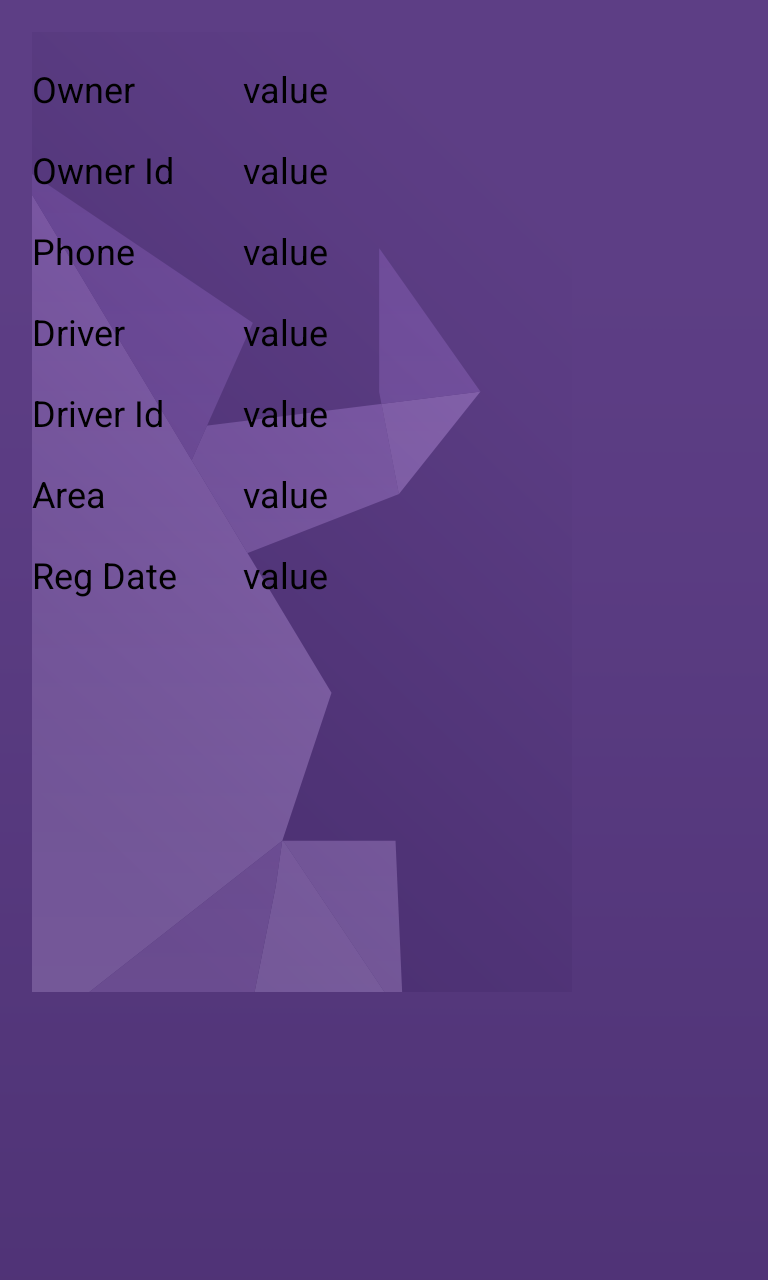
Repository: walteranyika/personal
Layout: PikiPiki/res/layout/activity_details.xml
The author's editor kept a copy of each file at every save. The layout is drawn from the files as they stood at one save, then again after the next save.
It is drawn on a 768 x 1280 px phone screen (xhdpi) without system bars, with theme AppTheme; the app's code is not run.

Above is the layout before, as saved 2015-11-06 07:27:51.

### PikiPiki/res/layout/activity_details.xml
<RelativeLayout xmlns:android="http://schemas.android.com/apk/res/android"
    xmlns:tools="http://schemas.android.com/tools"
    android:layout_width="match_parent"
    android:layout_height="match_parent"
    tools:context=".DetailsActivity"
    android:background="@drawable/background_fill"
    android:padding="16dp" >

    <ImageView
        android:id="@+id/imageView1"
        android:layout_width="wrap_content"
        android:layout_height="match_parent"
        android:layout_alignParentLeft="true"
        android:layout_alignParentTop="true"
        android:scaleType="fitStart"
        android:contentDescription="@string/background_image"
        android:src="@drawable/background" />
    <LinearLayout
        android:id="@+id/linearLayout1"
        android:layout_width="fill_parent"
        android:layout_height="wrap_content"
        android:layout_marginTop="16dp" >

        <TextView
            android:id="@+id/textView2"
            android:layout_width="0dp"
            android:layout_weight="0.3"
            android:layout_height="wrap_content"
            android:text="@string/owner"
            android:textAppearance="?android:attr/textAppearanceMedium" />

        <TextView
            android:id="@+id/tvOwnerName"
            android:layout_width="0dp"
            android:layout_height="wrap_content"
            android:layout_weight="0.7"
            android:text="@string/empty_string"
            android:textAppearance="?android:attr/textAppearanceMedium" />
    </LinearLayout>

    <LinearLayout
        android:id="@+id/LinearLayout01"
        android:layout_width="fill_parent"
        android:layout_height="wrap_content"
        android:layout_alignParentLeft="true"
        android:layout_below="@+id/linearLayout1"
        android:layout_marginTop="16dp" >

        <TextView
            android:id="@+id/TextView01"
            android:layout_width="0dp"
            android:layout_height="wrap_content"
            android:layout_weight="0.3"
            android:text="@string/owner_id"
            android:textAppearance="?android:attr/textAppearanceMedium" />

        <TextView
            android:id="@+id/tvOwnerId"
            android:layout_width="0dp"
            android:layout_height="wrap_content"
            android:layout_weight="0.7"
            android:text="@string/empty_string"
            android:textAppearance="?android:attr/textAppearanceMedium" />
    </LinearLayout>

    <LinearLayout
        android:id="@+id/LinearLayout02"
        android:layout_width="fill_parent"
        android:layout_height="wrap_content"
        android:layout_alignParentLeft="true"
        android:layout_below="@+id/LinearLayout01"
        android:layout_marginTop="16dp" >

        <TextView
            android:id="@+id/TextView03"
            android:layout_width="0dp"
            android:layout_height="wrap_content"
            android:layout_weight="0.3"
            android:text="@string/phone"
            android:textAppearance="?android:attr/textAppearanceMedium" />

        <TextView
            android:id="@+id/tvPhone"
            android:layout_width="0dp"
            android:layout_height="wrap_content"
            android:layout_weight="0.7"
            android:text="@string/empty_string"
            android:textAppearance="?android:attr/textAppearanceMedium" />
    </LinearLayout>

    <LinearLayout
        android:id="@+id/LinearLayout03"
        android:layout_width="fill_parent"
        android:layout_height="wrap_content"
        android:layout_alignParentLeft="true"
        android:layout_below="@+id/LinearLayout02"
        android:layout_marginTop="16dp" >

        <TextView
            android:id="@+id/TextView05"
            android:layout_width="0dp"
            android:layout_height="wrap_content"
            android:layout_weight="0.3"
            android:text="@string/driver"
            android:textAppearance="?android:attr/textAppearanceMedium" />

        <TextView
            android:id="@+id/tvDriverName"
            android:layout_width="0dp"
            android:layout_height="wrap_content"
            android:layout_weight="0.7"
            android:text="@string/empty_string"
            android:textAppearance="?android:attr/textAppearanceMedium" />
    </LinearLayout>

    <LinearLayout
        android:id="@+id/LinearLayout04"
        android:layout_width="fill_parent"
        android:layout_height="wrap_content"
        android:layout_alignParentLeft="true"
        android:layout_below="@+id/LinearLayout03"
        android:layout_marginTop="16dp" >

        <TextView
            android:id="@+id/TextView07"
            android:layout_width="0dp"
            android:layout_height="wrap_content"
            android:layout_weight="0.3"
            android:text="@string/driver_id"
            android:textAppearance="?android:attr/textAppearanceMedium" />

        <TextView
            android:id="@+id/tvDriverId"
            android:layout_width="0dp"
            android:layout_height="wrap_content"
            android:layout_weight="0.7"
            android:text="@string/empty_string"
            android:textAppearance="?android:attr/textAppearanceMedium" />
    </LinearLayout>

    <LinearLayout
        android:id="@+id/LinearLayout05"
        android:layout_width="fill_parent"
        android:layout_height="wrap_content"
        android:layout_alignParentLeft="true"
        android:layout_below="@+id/LinearLayout04"
        android:layout_marginTop="16dp">

        <TextView
            android:id="@+id/TextView09"
            android:layout_width="0dp"
            android:layout_height="wrap_content"
            android:layout_weight="0.3"
            android:text="@string/area"
            android:textAppearance="?android:attr/textAppearanceMedium" />

        <TextView
            android:id="@+id/tvAreaOperation"
            android:layout_width="0dp"
            android:layout_height="wrap_content"
            android:layout_weight="0.7"
            android:text="@string/empty_string"
            android:textAppearance="?android:attr/textAppearanceMedium" />
    </LinearLayout>

    <LinearLayout
        android:id="@+id/LinearLayout06"
        android:layout_width="fill_parent"
        android:layout_height="wrap_content"
        android:layout_alignParentLeft="true"
        android:layout_below="@+id/LinearLayout05"
        android:layout_marginTop="16dp" >

        <TextView
            android:id="@+id/TextView11"
            android:layout_width="0dp"
            android:layout_height="wrap_content"
            android:layout_weight="0.3"
            android:text="@string/reg_date"
            android:textAppearance="?android:attr/textAppearanceMedium" />

        <TextView
            android:id="@+id/tvDate"
            android:layout_width="0dp"
            android:layout_height="wrap_content"
            android:layout_weight="0.7"
            android:text="@string/empty_string"
            android:textAppearance="?android:attr/textAppearanceMedium" />
    </LinearLayout>

</RelativeLayout>

### PikiPiki/res/values/themes_apptheme.xml
<?xml version="1.0" encoding="utf-8"?>

<!-- Generated with http://android-holo-colors.com -->
<resources xmlns:android="http://schemas.android.com/apk/res/android">

  <style name="AppTheme" parent="@style/_AppTheme"/>

  <style name="_AppTheme" parent="android:Theme.Holo.Light">

    <item name="android:editTextBackground">@drawable/apptheme_edit_text_holo_light</item>

    <item name="android:buttonStyle">@style/ButtonAppTheme</item>

    <item name="android:imageButtonStyle">@style/ImageButtonAppTheme</item>

  </style>

</resources>

### PikiPiki/res/values/styles_apptheme.xml
<?xml version="1.0" encoding="utf-8"?>

<!-- Generated with http://android-holo-colors.com -->
<resources xmlns:android="http://schemas.android.com/apk/res/android">

  <style name="ButtonAppTheme" parent="android:Widget.Holo.Light.Button">
	  <item name="android:background">@drawable/apptheme_btn_default_holo_light</item>
  </style>

  <style name="ImageButtonAppTheme" parent="android:Widget.Holo.Light.ImageButton">
	  <item name="android:background">@drawable/apptheme_btn_default_holo_light</item>
  </style>

</resources>

### PikiPiki/res/drawable/apptheme_btn_default_holo_light.xml
<?xml version="1.0" encoding="utf-8"?>

<selector xmlns:android="http://schemas.android.com/apk/res/android">
    <item android:state_window_focused="false" android:state_enabled="true"
        android:drawable="@drawable/apptheme_btn_default_normal_holo_light" />
    <item android:state_window_focused="false" android:state_enabled="false"
        android:drawable="@drawable/apptheme_btn_default_disabled_holo_light" />
    <item android:state_pressed="true"
        android:drawable="@drawable/apptheme_btn_default_pressed_holo_light" />
    <item android:state_focused="true" android:state_enabled="true"
        android:drawable="@drawable/apptheme_btn_default_focused_holo_light" />
    <item android:state_enabled="true"
        android:drawable="@drawable/apptheme_btn_default_normal_holo_light" />
    <item android:state_focused="true"
        android:drawable="@drawable/apptheme_btn_default_disabled_focused_holo_light" />
    <item
         android:drawable="@drawable/apptheme_btn_default_disabled_holo_light" />
</selector>

### PikiPiki/res/values/strings.xml
<?xml version="1.0" encoding="utf-8"?>
<resources>

    <string name="app_name">PikiPiki</string>
    <string name="action_settings">Settings</string>
    <string name="motorbike">Motor Bike</string>
    <string name="sync">Sync</string>
    <string name="phone">Phone</string>
    <string name="_0734567843">Phone</string>
    <string name="area">Area</string>
    <string name="reg_date">Reg Date</string>
    <string name="driver_id">Driver Id</string>
    <string name="driver">Driver</string>
    <string name="owner">Owner</string>
    <string name="owner_id">Owner Id</string>
    <string name="search">Search</string>
    <string name="bike_reg_number">Bike Reg Number</string>
    <string name="back_ground_image">Back Ground Image</string>
    <string name="title_activity_details">DetailsActivity</string>
    <string name="hello_world">Hello world!</string>
    <string name="background_image">Background Image</string>
    <string name="empty_string">value</string>

</resources>

Loaded but not shown: PikiPiki/res/values/styles.xml (common file); PikiPiki/res/drawable/apptheme_edit_text_holo_light.xml (common file); PikiPiki/res/values-v11/styles.xml (common file); PikiPiki/res/values-v14/styles.xml (common file)

After the next save:
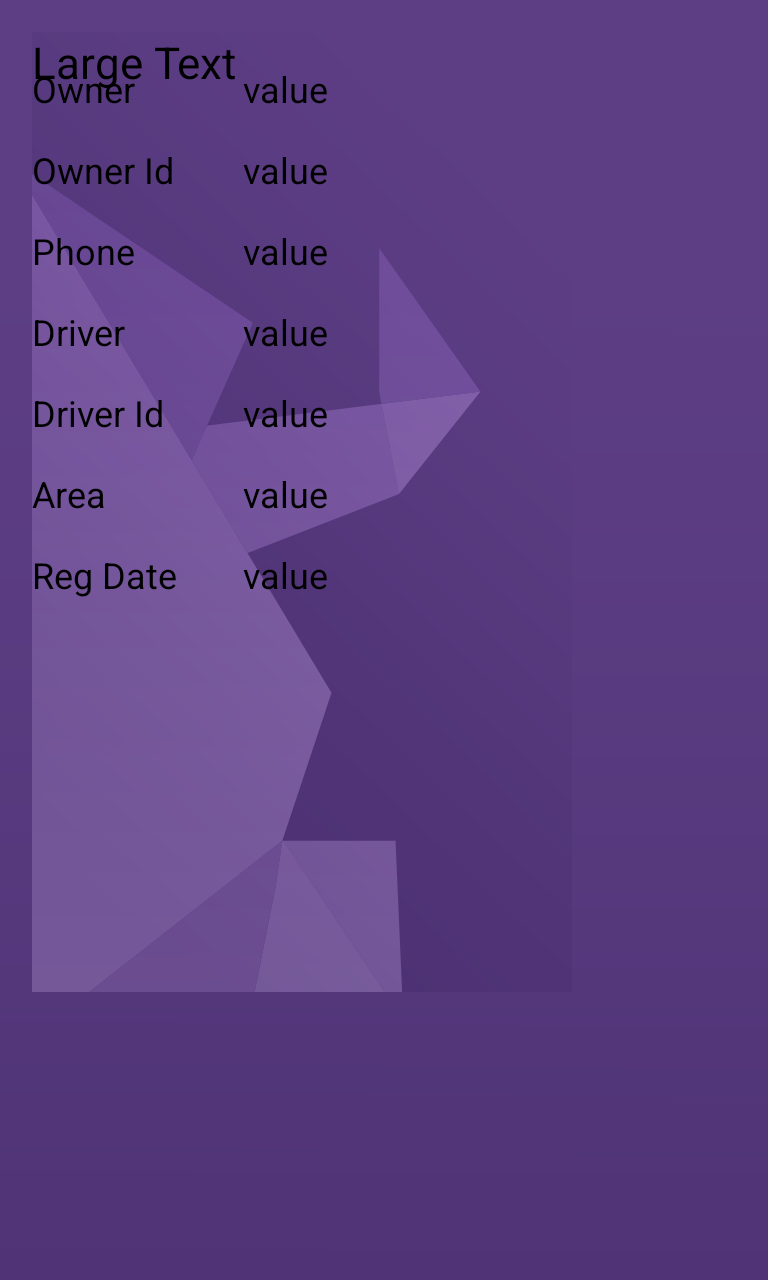
Saved 4 min 13 s later.
--- a/PikiPiki/res/layout/activity_details.xml
+++ b/PikiPiki/res/layout/activity_details.xml
@@ -15,6 +15,16 @@
         android:scaleType="fitStart"
         android:contentDescription="@string/background_image"
         android:src="@drawable/background" />
+
+    <TextView
+        android:id="@+id/textView1"
+        android:layout_width="match_parent"
+        android:layout_height="wrap_content"
+        android:layout_alignRight="@+id/imageView1"
+        android:text="Large Text"
+        android:layout_marginBottom="24dp"
+        android:textAppearance="?android:attr/textAppearanceLarge" />
+
     <LinearLayout
         android:id="@+id/linearLayout1"
         android:layout_width="fill_parent"
